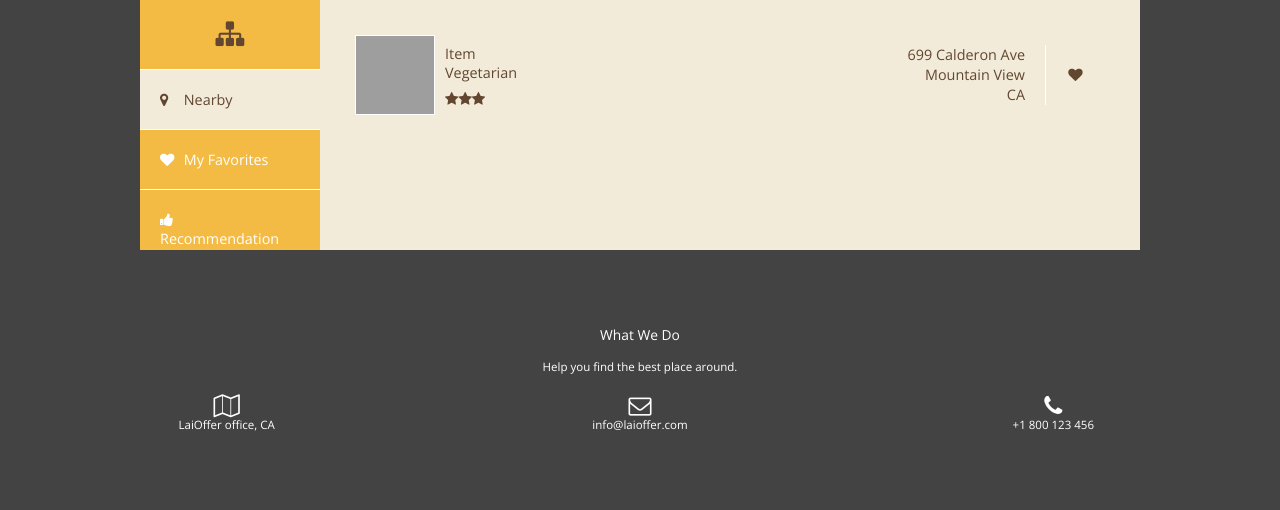
Repository: cleozhang77/ActivityRecommendation
Page: http://localhost/Titan/
An editor plug-in stored every save of this project. The page is shown before and after the next save, followed by the edit.
The browser window is 1280 px wide. The pictures show the part of the page from y = 310 to 820 px (the page is 820 px tall).
Pictures or frames that could not be fetched are drawn as grey boxes. Some web libraries are served in a nearby version. The page is served by Tomcat 9. Other server files are loaded and not shown.

Above is the page before, as saved 2017-10-22 22:51:05.
Console error: ReferenceError: $ is not defined

### Titan/WebContent/index.html
<!DOCTYPE html>
<html>
<head>
  <meta charset="UTF-8">
  <meta name="description" content="Item Recommendation">
  <meta name="author" content="Your Name">
  <link rel="stylesheet" href="https://maxcdn.bootstrapcdn.com/font-awesome/4.5.0/css/font-awesome.min.css">
  <link href='https://fonts.googleapis.com/css?family=Open+Sans:400,300,700' rel='stylesheet' type='text/css'>
  <link rel="stylesheet" href="styles/main.css">
  <title>Item Recommendation</title>
</head>
<body>
  <header class="top-header">
    <nav class="top-nav">
      <a href="#">Home</a>
      <a href="#">Contact</a>
      <a href="#">About</a>
    </nav>
  </header>

  <div class="container">
    <header>
      <p>
        <span>Item</span>
        <br/> Recommendation
      </p>
    </header>
    <section class="main-section">
      <aside id="item-nav">
        <div class="nav-icon">
          <i class="fa fa-sitemap fa-2x"></i>
        </div>
        <nav class="main-nav">
          <a href="#" id="nearby-btn" class="main-nav-btn active">
            <i class="fa fa-map-marker"></i> Nearby
          </a>
          <a href="#" id="fav-btn" class="main-nav-btn">
            <i class="fa fa-heart"></i> My Favorites
          </a>
          <a href="#" id="recommend-btn" class="main-nav-btn">
            <i class="fa fa-thumbs-up"></i> Recommendation
          </a>
        </nav>
      </aside>
      <ul id="item-list">
        <li class="item">
          <img alt="item image" src="https://s3-media3.fl.yelpcdn.com/bphoto/EmBj4qlyQaGd9Q4oXEhEeQ/ms.jpg" />
          <div>
            <a class="item-name" href="#">Item</a>
            <p class="item-category">Vegetarian</p>
            <div class="stars">
              <i class="fa fa-star"></i>
              <i class="fa fa-star"></i>
              <i class="fa fa-star"></i>
            </div>
          </div>
          <p class="item-address">699 Calderon Ave<br/>Mountain View<br/> CA</p>
          <p class="fav-link">
            <i class="fa fa-heart"></i>
          </p>
        </li>
      </ul>
    </section>
  </div>
  <footer>
    <p class="title">What We Do</p>
    <p>Help you find the best place around.</p>
    <ul>
      <li>
        <p><i class="fa fa-map-o fa-2x"></i></p>
        <p>LaiOffer office, CA</p>
      </li>
      <li>
        <p><i class="fa fa-envelope-o fa-2x"></i></p>
        <p>info@laioffer.com</p>
      </li>
      <li>
        <p><i class="fa fa-phone fa-2x"></i></p>
        <p>+1 800 123 456</p>
      </li>
    </ul>
  </footer>
  <script src = "scripts/main.js"></script>
</body>

### Titan/WebContent/styles/main.css
* {
  box-sizing: border-box;
  margin:     0;
  padding:    0;
}

body {
  background:  #434343;
  color:       #FFFFFF;
  font-family: 'Open Sans', sans-serif;
  font-weight: 300;
  font-size:   0.9em;
}

ul {
  list-style: none;
}


.top-header {
  align-items: center;
  background:  #DF574B;
  box-shadow:  0px 2px 10px #333333;
  display:     flex;
  height:      60px;
  position:    fixed;
  top:         0;
  width:       100%;
}

.top-nav {
  flex: 1;
}

.top-nav a {
  color:           #F9F9F9;
  font-weight:     400;
  margin-left:     20px;
  text-decoration: none;
}

.container {
  top:60px;
  margin:    60px auto;
  max-width: 1000px;
  min-width: 600px;
}

.container > header {
  align-items:     center;
  background:      url('http://prophoto.com.cy/wp-content/galleries/food/food-restaurant-photographer-cyprus-10.jpg') no-repeat 50% 50%;
  background-size: 100%;
  display:         flex;
  height:          250px;
}

.container > header p {
  border-left:  1px solid #FFFFFF;
  font-weight:  400;
  font-size:    2em;
  line-height:  1em;
  margin-left:  220px;
  padding-left: 5px;
}

.container > header span {
  color: #FBAF41;
}

.main-section {
  background: #F3BB43;
}

#item-nav {
  display: block;
  float: left;
  width: 180px;
}

.nav-icon {
  color:      #624630;
  padding:    20px;
  text-align: center;
}


.main-nav-btn {
  border-top:      1px solid #FFFFFF;
  color:           #FFFFFF;
  display:         block;
  padding:         20px;
  text-align:      left;
  text-decoration: none;
}

.main-nav-btn:hover {
  background: rgba(255, 255, 255, 0.8);
  color:      #624630;
}

.main-nav-btn.active {
  background: #F2EBD9;
  color:      #624630;
}

.main-nav-btn i {
  width: 20px;
}

#item-list {
  background:  #F2EBD9;
  color:       #624630;
  display:     block;
  list-style:  none;
  margin-left: 180px;
  min-height:  250px;
  padding:     10px;
}

.item {
  align-items:   center;
  border-bottom: 1px solid #FFFFFF;
  display:       flex;
  margin:        10px;
  padding:       15px;
}

.item:last-child {
  border: none;
}

.item:hover {
  background: rgba(255, 255, 255, 0.8);
}

.item img {
  border: 1px solid #FFFFFF;
  height: 80px;
  width:  80px;
}

.item > div:first-of-type {
  flex:         1;
  margin-left:  10px;
  margin-right: 10px;
}

.item-name {
  color:           #624630;
  font-weight:     400;
  text-decoration: none;
}

.item-name:hover {
  text-decoration: underline;
}

.item-address {
  line-height:   20px;
  padding-right: 20px;
  text-align:    right;
}

.stars {
  align-items: center;
  display:     flex;
  padding-top: 10px;
}

.fav-link {
  border-left: 1px solid #FFFFFF;
  cursor:      pointer;
  line-height: 60px;
  text-align:  center;
  width:       60px;
}

.fav-link:hover {
  color: #F13F3F;
}

/**
 * footer section
 */
footer {
  background: #434343;
  font-size:  0.8em;
  height:     200px;
  position:   relative;
}

footer p {
  text-align: center;
}

footer p.title {
  font-size: 1.2em;
  padding:   15px;
}

footer ul {
  align-items: center;
  display:     flex;
  padding:     20px;
}

footer ul li {
  flex: 1;
}

### Titan/WebContent/scripts/main.js
(function(){
	/**
	 * variables
	 */
	var user_id = '1111';
	var lng = -122.08;
	var lat = 37.38;

	/**
	 * AJAX helper
	 *
	 * @param method - GET|POST|PUT|DELETE
	 * @param url - API end point
	 * @param callback - This the successful callback
	 * @param errorHandler - This is the failed callback
	 */
	function ajax(method, url, data, callback, errorHandler) {
	  var xhr = new XMLHttpRequest();

	  xhr.open(method, url, true);

	  xhr.onload = function () {
	    switch (xhr.status) {
	      case 200:
	        callback(xhr.responseText);
	        break;
	      case 401:
	        errorHandler();
	        break;
	    }
	  };

	  function $(tag, options) {
			if (!options) {
				return document.getElementById(tag);
			}

			var element = document.createElement(tag);

			for ( var option in options) {
				if (options.hasOwnProperty(option)) {
					element[option] = options[option];
				}
			}

			return element;
		}

	  xhr.onerror =function () {
	    console.error("The request couldn't be completed.");
	    errorHandler();
	   };

	  if (data === null) {
	    xhr.send();
	  } else {
	    xhr.setRequestHeader("Content-Type", "application/json;charset=utf-8");
	    xhr.send(data);
	  }
	}


	function listItems(items) {
		// Clear the current results
		var itemList = $('item-list');
		itemList.innerHTML = '';

		for (var i = 0; i < items.length; i++) {
			addItem(itemList, items[i]);
		}
	}

	function addItem(itemList, item) {
		var item_id = item.item_id;

		// create the <li> tag and specify the id and class attributes
		var li = $('li', {
			id : 'item-' + item_id,
			className : 'item'
		});

		// set the data attribute
		li.dataset.item_id = item_id;
		li.dataset.favorite = item.favorite;

		// item image
		if (item.image_url) {
			li.appendChild($('img', {
				src : item.image_url
			}));
		} else {
			li.appendChild($('img', {
				src : 'https://assets-cdn.github.com/images/modules/logos_page/GitHub-Mark.png'
			}))
		}
		// section
		var section = $('div', {});

		// title
		var title = $('a', {
			href : item.url,
			target : '_blank',
			className : 'item-name'
		});
		title.innerHTML = item.name;
		section.appendChild(title);

		// category
		var category = $('p', {
			className : 'item-category'
		});
		category.innerHTML = 'Category: ' + item.categories.join(', ');
		section.appendChild(category);

		var stars = $('div', {
			className : 'stars'
		});

		for (var i = 0; i < item.rating; i++) {
			var star = $('i', {
				className : 'fa fa-star'
			});
			stars.appendChild(star);
		}

		if (('' + item.rating).match(/\.5$/)) {
			stars.appendChild($('i', {
				className : 'fa fa-star-half-o'
			}));
		}

		section.appendChild(stars);

		li.appendChild(section);

		// address
		var address = $('p', {
			className : 'item-address'
		});

		address.innerHTML = item.address.replace(/,/g, '<br/>').replace(/\"/g,
				'');
		li.appendChild(address);

		// favorite link
		var favLink = $('p', {
			className : 'fav-link'
		});

		favLink.onclick = function() {
			changeFavoriteItem(item_id);
		};

		favLink.appendChild($('i', {
			id : 'fav-icon-' + item_id,
			className : item.favorite ? 'fa fa-heart' : 'fa fa-heart-o'
		}));

		li.appendChild(favLink);

		itemList.appendChild(li);
	}

	function initGeoLocation() {
		if (navigator.geolocation) {
			navigator.geolocation.getCurrentPosition(onPositionUpdated,
					onLoadPositionFailed, {
						maximumAge : 60000
					});
			showLoadingMessage('Retrieving your location...');
		} else {
			onLoadPositionFailed();
		}
	}

	function onPositionUpdated(position) {
		lat = position.coords.latitude;
		lng = position.coords.longitude;

		loadNearbyItems();
	}

	function onLoadPositionFailed() {
		console.warn('navigator.geolocation is not available');
		getLocationFromIP();
	}

	function getLocationFromIP() {
		// Get location from http://ipinfo.io/json
		var url = 'http://ipinfo.io/json'
		var req = null;
		ajax('GET', url, req, function(res) {
			var result = JSON.parse(res);
			if ('loc' in result) {
				var loc = result.loc.split(',');
				lat = loc[0];
				lng = loc[1];
			} else {
				console.warn('Getting location by IP failed.');
			}
			loadNearbyItems();
		});
	}

	function ajax(method, url, data, callback, errorHandler) {
		var xhr = new XMLHttpRequest();

		xhr.open(method, url, true);

		xhr.onload = function() {
			switch (xhr.status) {
			case 200:
				callback(xhr.responseText);
				break;
			case 401:
				errorHandler();
				break;
			}
		};

		xhr.onerror = function() {
			console.error("The request couldn't be completed.");
			errorHandler();
		};

		if (data === null) {
			xhr.send();
		} else {
			xhr.setRequestHeader("Content-Type",
					"application/json;charset=utf-8");
			xhr.send(data);
		}
	}

	/**
	 * API #1 Load the nearby items API end point: [GET]
	 * /Titan/search?user_id=1111&lat=37.38&lon=-122.08
	 */
	function loadNearbyItems() {
		console.log('loadNearbyItems');
		activeBtn('nearby-btn');

		// The request parameters
		var url = './search';
		var params = 'user_id=' + user_id + '&lat=' + lat + '&lon=' + lng;
		var req = JSON.stringify({});

		// display loading message
		showLoadingMessage('Loading nearby items...');

		// make AJAX call
		ajax('GET', url + '?' + params, req,
		// successful callback
		function(res) {
			var items = JSON.parse(res);
			if (!items || items.length === 0) {
				showWarningMessage('No nearby item.');
			} else {
				listItems(items);
			}
		},
		// failed callback
		function() {
			showErrorMessage('Cannot load nearby items.');
		});
	}

	/**
	 * API #2 Load favorite (or visited) items API end point: [GET]
	 * /Titan/history?user_id=1111
	 */
	function loadFavoriteItems() {
		activeBtn('fav-btn');

		// The request parameters
		var url = './history';
		var params = 'user_id=' + user_id;
		var req = JSON.stringify({});

		// display loading message
		showLoadingMessage('Loading favorite items...');

		// make AJAX call
		ajax('GET', url + '?' + params, req, function(res) {
			var items = JSON.parse(res);
			if (!items || items.length === 0) {
				showWarningMessage('No favorite item.');
			} else {
				listItems(items);
			}
		}, function() {
			showErrorMessage('Cannot load favorite items.');
		});
	}

	/**
	 * API #3 Load recommended items API end point: [GET]
	 * /Titan/recommendation?user_id=1111
	 */
	function loadRecommendedItems() {
		activeBtn('recommend-btn');

		// The request parameters
		var url = './recommendation';
		var params = 'user_id=' + user_id + '&lat=' + lat + '&lon=' + lng;

		var req = JSON.stringify({});

		// display loading message
		showLoadingMessage('Loading recommended items...');

		// make AJAX call
		ajax(
				'GET',
				url + '?' + params,
				req,
				// successful callback
				function(res) {
					var items = JSON.parse(res);
					if (!items || items.length === 0) {
						showWarningMessage('No recommended item. Make sure you have favorites.');
					} else {
						listItems(items);
					}
				},
				// failed callback
				function() {
					showErrorMessage('Cannot load recommended items.');
				});
	}

	/**
	 * API #4 Toggle favorite (or visited) items
	 *
	 * @param item_id -
	 *            The item business id
	 *
	 */
	function changeFavoriteItem(item_id) {
		// Check whether this item has been visited or not
		var li = $('item-' + item_id);
		var favIcon = $('fav-icon-' + item_id);
		var favorite = li.dataset.favorite !== 'true';

		// The request parameters
		var url = './history';
		var req = JSON.stringify({
			user_id : user_id,
			favorite : [ item_id ]
		});
		var method = favorite ? 'POST' : 'DELETE';

		ajax(method, url, req,
		// successful callback
		function(res) {
			var result = JSON.parse(res);
			if (result.result === 'SUCCESS') {
				li.dataset.favorite = favorite;
				favIcon.className = favorite ? 'fa fa-heart' : 'fa fa-heart-o';
			}
		});
	}

	function init() {
		// Register event listeners
		$('nearby-btn').addEventListener('click', loadNearbyItems);
		$('fav-btn').addEventListener('click', loadFavoriteItems);
		$('recommend-btn').addEventListener('click', loadRecommendedItems);

		initGeoLocation();
	}
	init();
})();

After the next save:
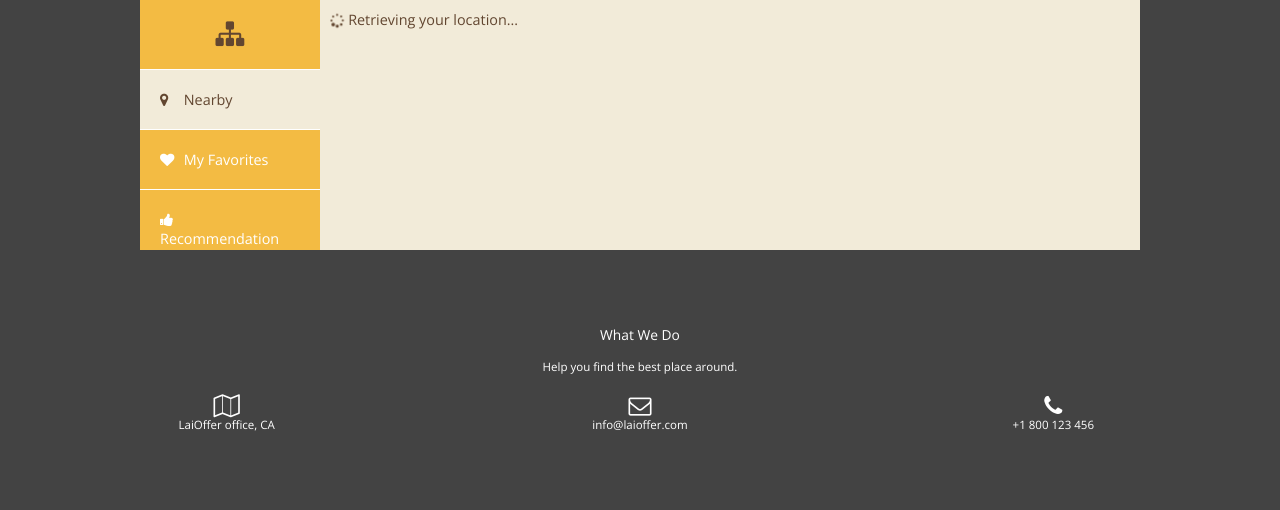
The error is gone.
Saved 2 min 47 s later.
--- a/Titan/WebContent/scripts/main.js
+++ b/Titan/WebContent/scripts/main.js
@@ -6,58 +6,51 @@
 	var lng = -122.08;
 	var lat = 37.38;
 
-	/**
-	 * AJAX helper
-	 *
-	 * @param method - GET|POST|PUT|DELETE
-	 * @param url - API end point
-	 * @param callback - This the successful callback
-	 * @param errorHandler - This is the failed callback
-	 */
-	function ajax(method, url, data, callback, errorHandler) {
-	  var xhr = new XMLHttpRequest();
-
-	  xhr.open(method, url, true);
-
-	  xhr.onload = function () {
-	    switch (xhr.status) {
-	      case 200:
-	        callback(xhr.responseText);
-	        break;
-	      case 401:
-	        errorHandler();
-	        break;
-	    }
-	  };
-
-	  function $(tag, options) {
-			if (!options) {
-				return document.getElementById(tag);
-			}
-
-			var element = document.createElement(tag);
-
-			for ( var option in options) {
-				if (options.hasOwnProperty(option)) {
-					element[option] = options[option];
-				}
-			}
-
-			return element;
-		}
-
-	  xhr.onerror =function () {
-	    console.error("The request couldn't be completed.");
-	    errorHandler();
-	   };
-
-	  if (data === null) {
-	    xhr.send();
-	  } else {
-	    xhr.setRequestHeader("Content-Type", "application/json;charset=utf-8");
-	    xhr.send(data);
-	  }
-	}
+	function $(tag, options) {
+		if (!options) {
+			return document.getElementById(tag);
+		}
+		var element = document.createElement(tag);
+
+		for ( var option in options) {
+			if (options.hasOwnProperty(option)) {
+				element[option] = options[option];
+			}
+		}
+		return element;
+	}
+
+
+	function showLoadingMessage(msg) {
+		var itemList = $('item-list');
+		itemList.innerHTML = '<p class="notice"><i class="fa fa-spinner fa-spin"></i> '+ msg + '</p>';
+	}
+
+	function showWarningMessage(msg) {
+	    var itemList = $('item-list');
+	    itemList.innerHTML = '<p class="notice"><i class="fa fa-exclamation-triangle"></i> ' + msg + '</p>';
+	}
+
+	function showErrorMessage(msg) {
+		var itemList = $('item-list');
+		itemList.innerHTML = '<p class="notice"><i class="fa fa-exclamation-circle"></i> ' + msg + '</p>';
+	}
+
+	function activeBtn(btnId) {
+		var btns = document.getElementsByClassName('main-nav-btn');
+
+		for (var i = 0; i < btns.length; i++) {
+			btns[i].className =btns[i].className.replace(/\bactive\b/, '');
+		}
+
+		// active the one that has id = btnId
+		var btn = $(btnId);
+		btn.className += ' active';
+	}
+
+
+
+
 
 
 	function listItems(items) {
